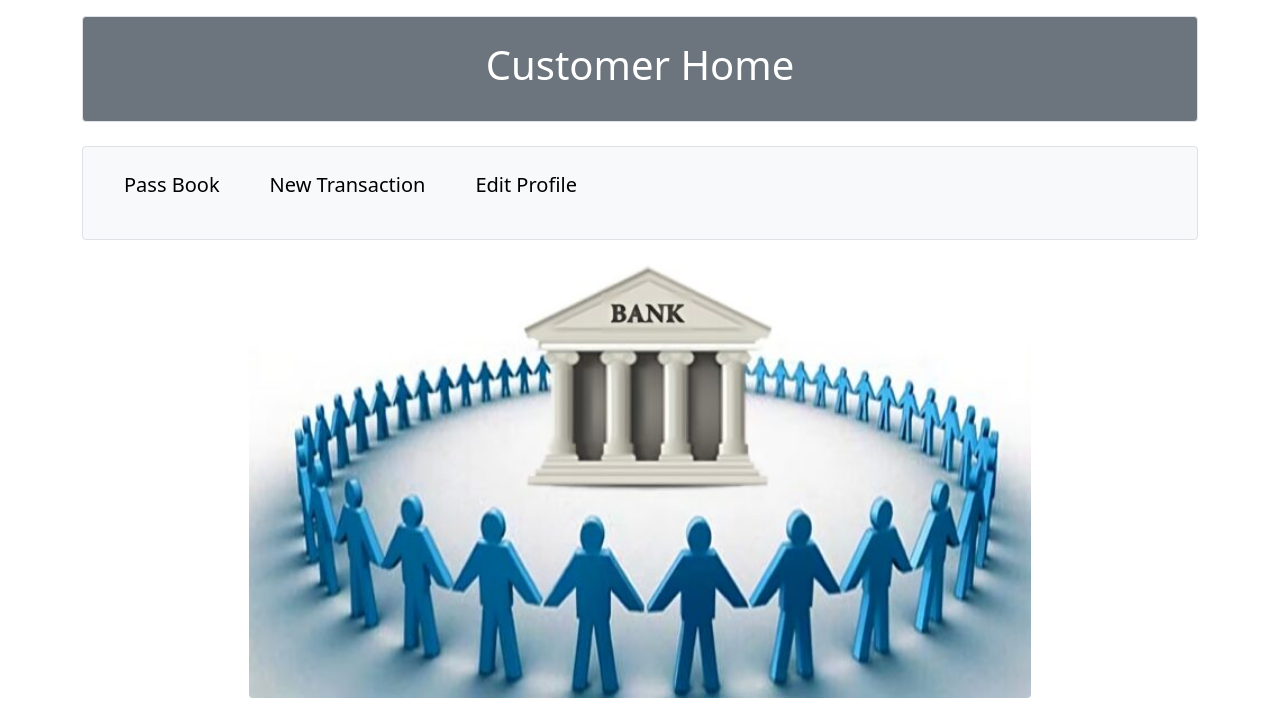
Repository: shivamaninalla/Bank-Application-JSP
Page: http://localhost/10-BankApplication/cust-home.jsp
An editor plug-in stored every save of this project. The page is shown before and after the next save, followed by the edit.
The browser window is 1280 px wide. The pictures show the whole page.
The page is served by Tomcat 9. Other server files are loaded and not shown.

Above is the page before, as saved 2024-07-20 18:41:08.

### 10-BankApplication/WebContent/cust-home.jsp
<%@ page language="java" contentType="text/html; charset=ISO-8859-1"
    pageEncoding="ISO-8859-1"%>
<%@ taglib uri="http://java.sun.com/jsp/jstl/core" prefix="c"%>
<%@ taglib uri="http://java.sun.com/jsp/jstl/functions" prefix="fn"%>
<link href="https://cdn.jsdelivr.net/npm/bootstrap@5.0.2/dist/css/bootstrap.min.css" rel="stylesheet"
    integrity="sha384-EVSTQN3/azprG1Anm3QDgpJLIm9Nao0Yz1ztcQTwFspd3yD65VohhpuuCOmLASjC" crossorigin="anonymous">
<script src="https://cdn.jsdelivr.net/npm/bootstrap@5.0.2/dist/js/bootstrap.bundle.min.js"
    integrity="sha384-MrcW6ZMFYlzcLA8Nl+NtUVF0sA7MsXsP1UyJoMp4YLEuNSfAP+JcXn/tWtIaxVXM" crossorigin="anonymous"></script>
<!DOCTYPE html>
<html>
<head>
<meta charset="ISO-8859-1">
<title>Customer Home</title>
</head>
<body>
<div class="container mt-3">

    <!-- Header Navigation -->
    <nav class="navbar bg-secondary border rounded p-4 mb-4">
        <div class="container-fluid d-flex justify-content-center align-items-center">
            <h1 class="text-white">Customer Home</h1>
        </div>
    </nav>

    <!-- Main Navigation Buttons -->
    <nav class="navbar navbar-expand-lg navbar-light bg-light border rounded p-3 mb-4">
        <div class="container-fluid">
            <form action="user" method="get">
                <div class="d-flex justify-content-center gap-4">
                    <button type="submit" name="UserController" value="Pass Book" class="btn btn-light fs-5">Pass Book</button>
                    <button type="submit" name="UserController" value="New Transaction" class="btn btn-light fs-5">New Transaction</button>
                    <button type="submit" name="UserController" value="Edit Profile" class="btn btn-light fs-5">Edit Profile</button>
                </div>
            </form>
        </div>
    </nav>

    <!-- Image -->
    <div class="text-center">
        <img src="./includes/bank.jpeg" class="rounded img-fluid" alt="Bank-image" width="70%" />
    </div>

</div>
</body>
</html>

After the next save:
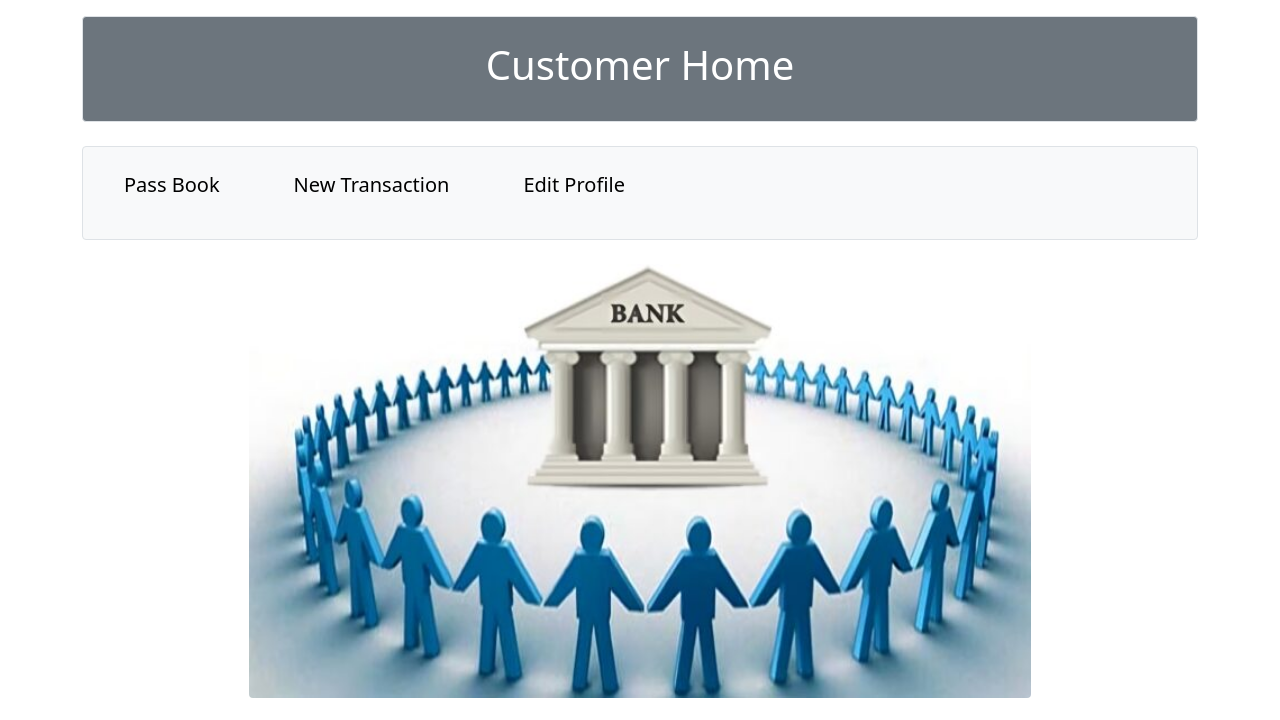
Saved 2 min 45 s later.
--- a/10-BankApplication/WebContent/cust-home.jsp
+++ b/10-BankApplication/WebContent/cust-home.jsp
@@ -26,7 +26,7 @@
     <nav class="navbar navbar-expand-lg navbar-light bg-light border rounded p-3 mb-4">
         <div class="container-fluid">
             <form action="user" method="get">
-                <div class="d-flex justify-content-center gap-4">
+                <div class="d-flex justify-content-center gap-5">
                     <button type="submit" name="UserController" value="Pass Book" class="btn btn-light fs-5">Pass Book</button>
                     <button type="submit" name="UserController" value="New Transaction" class="btn btn-light fs-5">New Transaction</button>
                     <button type="submit" name="UserController" value="Edit Profile" class="btn btn-light fs-5">Edit Profile</button>
